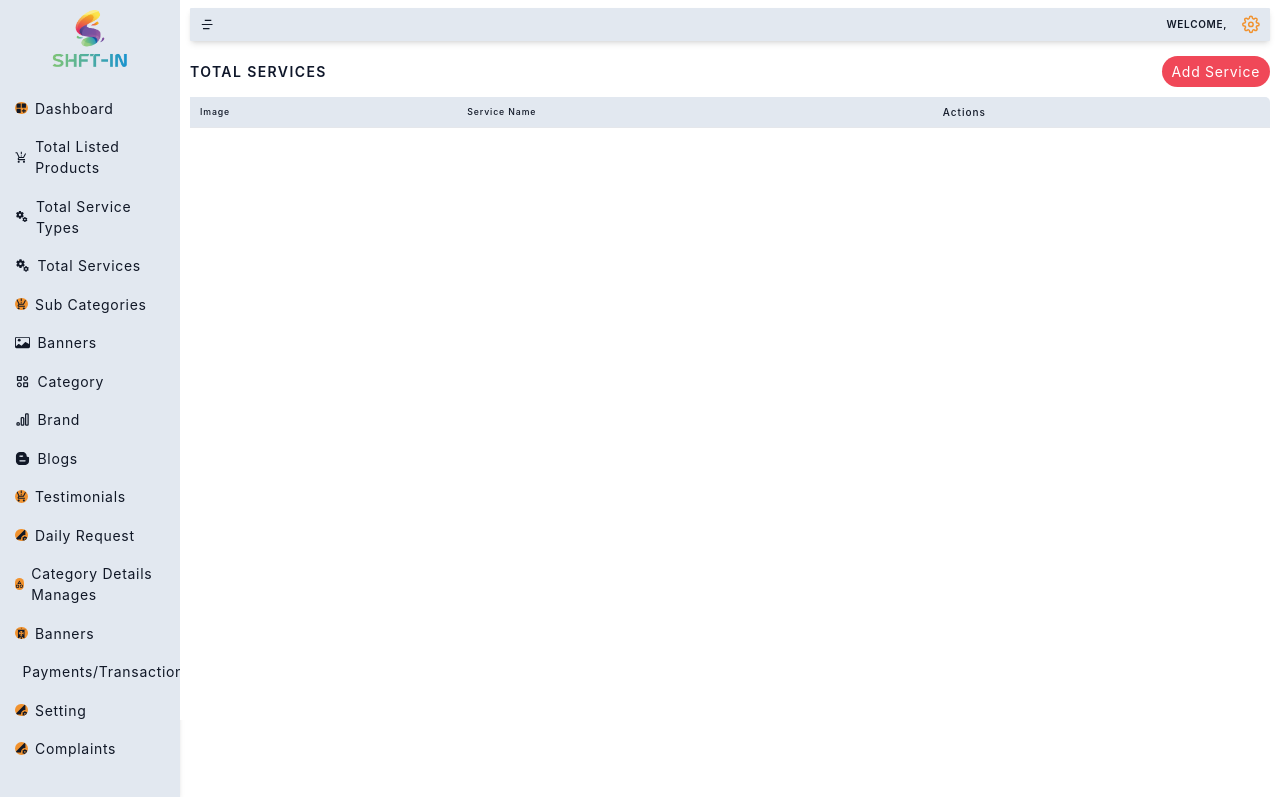
Repository: rohit0915/Mr-Arun-Chauhan-Admin-Panel
Page: /services
The author's editor kept a copy of each file at every save. The page is drawn from the files as they stood at one save, then again after the next save.
The browser window is 1280 px wide. The pictures show the whole page.
The page's requests for data from a server got no answer. The project was rebuilt for these pictures with package versions that can differ from the ones it lists, and the page was loaded fresh each time. No one was signed in, and anything a server would have sent is missing. Also part of the build but not shown: src/components/BaseUrl.jsx, src/components/forms/Login.jsx, src/components/pages/Dashboard.jsx, src/vendorPanel/components/Auth.jsx, src/components/pages/products/Products.jsx, src/components/pages/categories/Categories.jsx, src/components/pages/subcategories/SubCategories.jsx, src/components/pages/manageprofiles/ManageProfiles.jsx and 74 more.

Above is the page before, as saved 2022-11-16 13:02:05.

### public/index.html
<!DOCTYPE html>
<html lang="en">
  <head>
    <meta charset="utf-8" />
    <!-- <link rel="icon" href="%PUBLIC_URL%/favicon.png" /> -->
    <meta name="viewport" content="width=device-width, initial-scale=1" />
    <meta name="theme-color" content="#000000" />
    <meta
      name="description"
      content="Web site created using create-react-app"
    />
    <link rel="apple-touch-icon" href="%PUBLIC_URL%/favicon.ico?v=2" />

    <link rel="manifest" crossorigin="use-credentials" href="%PUBLIC_URL%/manifest.json" />

    <title>Direct Admin</title>
      <link rel="stylesheet" href="https://maxcdn.bootstrapcdn.com/bootstrap/3.4.1/css/bootstrap.min.css">
      <script src="https://ajax.googleapis.com/ajax/libs/jquery/3.6.0/jquery.min.js"></script>
      <script src="https://maxcdn.bootstrapcdn.com/bootstrap/3.4.1/js/bootstrap.min.js"></script>
  </head>
  <body>
    <noscript>You need to enable JavaScript to run this app.</noscript>
    <div id="root"></div>
    <script src="https://code.jquery.com/jquery-3.6.0.min.js"></script>
  </body>
</html>

### src/index.js
import React from "react";
import ReactDOM from "react-dom/client";
import "./index.css";
import App from "./App";
import { BrowserRouter } from "react-router-dom";
import "react-responsive-carousel/lib/styles/carousel.min.css";

const root = ReactDOM.createRoot(document.getElementById("root"));
root.render(
  <React.StrictMode>
    <BrowserRouter>
      <App />
    </BrowserRouter>
  </React.StrictMode>
);

### src/index.css
@tailwind base;
@tailwind components;
@tailwind utilities;

body {
  margin: 0;
  font-family: -apple-system, BlinkMacSystemFont, "Segoe UI", "Roboto", "Oxygen",
    "Ubuntu", "Cantarell", "Fira Sans", "Droid Sans", "Helvetica Neue",
    sans-serif;
  -webkit-font-smoothing: antialiased;
  -moz-osx-font-smoothing: grayscale;
}

code {
  font-family: source-code-pro, Menlo, Monaco, Consolas, "Courier New",
    monospace;
}

/* Wcomponents */
.wcomp::-webkit-scrollbar {
  width: 0px;
}
::-webkit-scrollbar {
  width: 0px;
}


.main-card--container{
  display : grid ;
  grid-template-columns: repeat(3 , minmax(300px , 500px));
  grid-gap: 50px;
  justify-content: space-around;
}
.main-card--container2{
  display : grid ;
  grid-template-columns: repeat(2 , minmax(600px , 800px));
  grid-gap: 50px;
  justify-content: space-around;
}
.card-container{
  margin : 25px 0 auto ;
  position  : relative ;
  display: grid;
  grid-template-columns: 1fr;
  justify-content: space-around;
  align-items:flex-start;
  border: 1px solid black;
  padding: 10px;
  box-shadow: 0 4px 8px 0 rgba(0, 0, 0, 0.2), 0 6px 20px 0 rgba(0, 0, 0, 0.19);
  /* height: 400px; */


}

.BannerImg{
 width: 100%;
 height: 300px;

}

.brandLeft {
  width:  60%;
  /* border-right: 1px solid black; */
}

### src/components/layout/HOC.jsx
/** @format */

import React, { useState } from "react";
import Navbar from "./Navbar";
import Sidebar from "./Sidebar";

const HOC = (Wcomponenet) => {
  return function Component() {
    const [hamb, setHamb] = useState(false);
    return (
      <>
        <section className="flex overflow-x-hidden">
          {/* Sidebar */}
          <div
            className={
              hamb
                ? " absolute top-0 z-30 md:w-auto shadow-md bg-slate-200  w-60 transition-all md:-left-full left duration-150  h-auto  left-0 "
                : " md:w-72 z-30 bg-slate-200  shadow-md  md:static absolute top-0 -left-full  h-auto transition-all duration-150 "
            }
          >
            <Sidebar hamb={hamb} setHamb={setHamb} />
          </div>
          {/* Components & Navbar */}
          <div
            className={
              hamb
                ? " transition-all px-4 py-2  bg-white duration-150 w-full h-screen"
                : " w-full h-screen  px-4 py-2  bg-white z-50 transition-all duration-150 "
            }
          >
            <Navbar hamb={hamb} setHamb={setHamb} />
            <div className="my-6 text-white h-[87%] wcomp overflow-y-auto">
              <Wcomponenet />
            </div>
          </div>
        </section>
      </>
    );
  };
};

export default HOC;

### src/components/layout/Navbar.jsx
import { RiMenu4Line } from "react-icons/ri";
import { BiLogOutCircle } from "react-icons/bi";
import { useNavigate } from "react-router-dom";
import { toast } from "react-toastify";
import { Fragment } from "react";
import { Menu, Transition } from "@headlessui/react";
import { FiSettings } from "react-icons/fi";
import { IoMdClose } from "react-icons/io";
import { useState } from "react";

const Navbar = ({ hamb, setHamb }) => {
  const navigate = useNavigate();
  const [popup, setPopup] = useState(false);

  const func = () => {
    localStorage.removeItem("Shaft");
    navigate("/");
    toast.success("Log-Out ");
  };

  function classNames(...classes) {
    return classes.filter(Boolean).join(" ");
  }

  const adminName = localStorage.getItem("adminName");
  return (
    <>
      <section
        className={
          popup
            ? "fixed top-0 left-0 wcomp bg-[rgb(0,0,0,0.5)] transition-all duration-150 w-full flex justify-center items-center overflow-y-auto  h-screen "
            : "hidden"
        }
      >
        <div className="bg-slate-100 sm:h-[40vh] h-[10vh] overflow-y-auto  lg:w-3/6  md:w-4/6 w-5/6 mx-auto  rounded-lg">
          <div className="flex sticky top-0 py-3 px-5 bg-slate-100 justify-between">
            <span className=" font-semibold text-[rgb(241,146,46)] relative">
              Settings
            </span>
            <div className="text-[rgb(241,146,46)] py-0.5 text-2xl cursor-pointer font-medium tracking-wider">
              <IoMdClose
                onClick={() => {
                  setPopup(false);
                }}
              />{" "}
            </div>
          </div>

          <form
            className="grid  grid-cols-1 gap-x-7 gap-y-4 p-4"
            // onSubmit={addBanner}
          >
            <div className="inline-flex  w-full flex-col">
              <label
                htmlFor="name"
                className="text-gray-800 mb-1.5 tracking-wider font-semibold text-sm"
              >
                Name
              </label>
              <input
                id="name"
                required
                type="text"
                name="name"
                // value={name}
                // onChange={(e) => setName(e.target.value)}
                placeholder=""
                className=" text-gray-800 tracking-wider text-sm rounded-full py-1 px-2 outline-[rgb(241,146,46)]"
              />
            </div>
            <div className="inline-flex  w-full flex-col">
              <label
                htmlFor="name"
                className="text-gray-800 mb-1.5 tracking-wider font-semibold text-sm"
              >
                Password
              </label>
               <input
                id="name"
                required
                type="password"
                name="name"
                placeholder=""
                // onChange={(e) => setImage(e.target.files[0])}
                // onChange={() => {}}
                className=" text-gray-800 tracking-wider text-sm rounded-full py-1 px-2 outline-[rgb(241,146,46)]"
              />
            </div>

            <button
              type="submit"
              value="Add"
              className="bg-[rgb(241,146,46)] cursor-pointer w-40 hover:bg-[rgb(241,146,46)] py-1 rounded-full"
            >
              Add{" "}
            </button>
          </form>
        </div>
      </section>
      <div
        className={
          hamb
            ? "flex  w-full justify-between  my-1 rounded-sm  p-4 py-3 shadow-md items-center  bg-slate-200 space-x-4"
            : "flex  w-full justify-between my-1 rounded-sm  p-4 py-3 shadow-md items-center  bg-slate-200 space-x-4"
        }
      >
        <RiMenu4Line
          onClick={() => setHamb(!hamb)}
          className="text-2xl font-bold text-gray-900 hover:scale-90 cursor-pointer"
        />

        {/* Profile */}
        <section className="flex sm:ml-auto justify-end sm:w-full items-center space-x-2  pr-2">
          <figcaption className="tracking-wider pl-1 font-semibold">
            <div className="lg:text-base text-sm text-gray-900  uppercase">
              Welcome,<strong>{adminName}</strong>
            </div>
          </figcaption>
        </section>

        {/* Logout Btn */}
        <FiSettings
          onClick={() => setPopup(!popup)}
          className="text-2xl sm:text-3xl font-bold text-[rgb(241,146,46)] cursor-pointer"
        />
      </div>
    </>
  );
};

export default Navbar;

### src/components/layout/Sidebar.jsx
import React from "react";
import { RiCloseLine } from "react-icons/ri";
import { MdPermDataSetting } from "react-icons/md";
import { Link } from "react-router-dom";
import { BsCardImage  } from "react-icons/bs";
import { CgTerminal } from "react-icons/cg";
import { MdPrivacyTip, MdOutlineInfo } from "react-icons/md";
import { BiSupport, BiUser, BiRestaurant, BiCategoryAlt } from "react-icons/bi";
import { TbJewishStar } from "react-icons/tb";
import { GiKnightBanner } from "react-icons/gi";
import image from "../../../src/components/Assets/Logo.png";
import { BiLogOutCircle, BiPaperclip, BiMoney } from "react-icons/bi";
import { AiFillProfile } from "react-icons/ai";
import {TbBrandGoogleAnalytics} from 'react-icons/tb'
import {FaBloggerB} from 'react-icons/fa'

import {
  MdDashboardCustomize,
  MdOutlineProductionQuantityLimits,
  MdOutlineCategory,
  MdMiscellaneousServices,
  MdHistory,
} from "react-icons/md";

const Sidebar = ({ hamb, setHamb }) => {
  const nav = [

    // {
    //   icon: (
    //     <BiUser className="text-xl mr-3 rounded-full bg-[rgb(241,146,46)]" />
    //   ),
    //   link: "/manage-profiles ",
    //   name: "Manage Profiles",
    // },
    {
      icon: (
        <MdDashboardCustomize className="text-xl mr-3 rounded-full bg-[rgb(241,146,46)]" />
      ),
      link: "/dashboard",
      name: "Dashboard",
    },
    // {
    //   icon: (
    //     <MdDashboardCustomize className="text-xl mr-3 rounded-full bg-[rgb(241,146,46)]" />
    //   ),
    //   link: "/upload",
    //   name: "Upload Services",
    // },
    // {
    //   icon: (
    //     <MdDashboardCustomize className="text-xl mr-3 rounded-full bg-[rgb(241,146,46)]" />
    //   ),
    //   link: "/accept-request-from-vendors",
    //   name: "Accept Request From Vendors",
    // },

    {
      icon: (
        <MdOutlineProductionQuantityLimits className="text-2xl mr-3 " />
      ),
      link: "/products",
      name: " Total Listed Products",
    },
    {
      icon: (
        <MdMiscellaneousServices  className="text-2xl mr-3 " />
      ),
      link: "/total-services",
      name: " Total Service Types",
    },
    {
      icon: (
        <MdMiscellaneousServices  className="text-2xl mr-3 " />
      ),
      link: "/services",
      name: " Total Services",
    },
    {
      icon: (
        <MdOutlineProductionQuantityLimits className="text-xl mr-3 rounded-full bg-[rgb(241,146,46)]" />
      ),
      link: "/sub-categories",
      name: " Sub Categories",
    },
    {
      icon: (
        <BsCardImage className="text-2xl mr-3  " />
      ),
      link: "/gallary",
      name: "Banners",
    },
    {
      icon: (
        <BiCategoryAlt className="text-2xl mr-3  " />
      ),
      link: "/cat",
      name: "Category",
    },
    {
      icon: (
        <TbBrandGoogleAnalytics className="text-2xl mr-3  " />
      ),
      link: "/brand",
      name: "Brand",
    },
    {
      icon: (
        <FaBloggerB className="text-2xl mr-3  " />
      ),
      link: "/blog",
      name: "Blogs",
    },
    {
      icon: (
        <MdOutlineProductionQuantityLimits className="text-xl mr-3 rounded-full bg-[rgb(241,146,46)]" />
      ),
      link: "/testimonials",
      name: "Testimonials",
    },
    {
      icon: (
        <MdPermDataSetting className="text-xl mr-3 rounded-full bg-[rgb(241,146,46)]" />
      ),
      link: "/daily-request",
      name: "Daily Request",
    },
    {
      icon: (
        <MdOutlineCategory className="text-xl mr-3 rounded-full bg-[rgb(241,146,46)]" />
      ),
      link: "/categories",
      name: "Category Details Manages",
    },
    {
      icon: (
        <GiKnightBanner className="text-xl mr-3 rounded-full bg-[rgb(241,146,46)]" />
      ),
      link: "/banners",
      name: "Banners",
    },
    // {
    //   icon: (
    //     <BsBorderWidth className="text-xl mr-3 rounded-full bg-[rgb(241,146,46)]" />
    //   ),
    //   link: "/orders",
    //   name: "Orders",
    // },
    // {
    //   icon: (
    //     <CgTerminal className="text-xl mr-3 rounded-full bg-[rgb(241,146,46)]" />
    //   ),
    //   link: "/terms",
    //   name: "Terms and Conditions",
    // },

    // {
    //   icon: (
    //     <MdPrivacyTip className="text-xl mr-3 rounded-full bg-[rgb(241,146,46)]" />
    //   ),
    //   link: "/privacyPolicy",
    //   name: "Privacy Policy",
    // },
    // {
    //   icon: (
    //     <BiSupport className="text-xl mr-3 rounded-full bg-[rgb(241,146,46)]" />
    //   ),
    //   link: "/support",
    //   name: "Help and Support ",
    // },
    // {
    //   icon: (
    //     <BiSupport className="text-xl mr-3 rounded-full bg-[rgb(241,146,46)]" />
    //   ),
    //   link: "/vendors",
    //   name: "Vendor manages system ",
    // },
    // {
    //   icon: (
    //     <BiPaperclip className="text-xl mr-3 rounded-full bg-[rgb(241,146,46)]" />
    //   ),
    //   link: "/coupons",
    //   name: "Coupons",
    // },
    // {
    //   icon: (
    //     <BiMoney className="text-xl mr-3 rounded-full bg-[rgb(241,146,46)]" />
    //   ),
    //   link: "/vendors",
    //   name: "Commission List",
    // },
    {
      icon: (
        <BiMoney className="text-xl mr-3 rounded-full bg-[rgb(241,146,46)]" />
      ),
      link: "/payments",
      name: "Payments/Transactions ",
    },
    {
      icon: (
        <MdPermDataSetting className="text-xl mr-3 rounded-full bg-[rgb(241,146,46)]" />
      ),
      link: "/setting",
      name: "Setting",
    },
    {
      icon: (
        <MdPermDataSetting className="text-xl mr-3 rounded-full bg-[rgb(241,146,46)]" />
      ),
      link: "/complaints",
      name: "Complaints",
    },
    // {
    //   icon: (
    //     <MdOutlineInfo className="text-xl mr-3 rounded-full bg-[rgb(241,146,46)]" />
    //   ),
    //   link: "/about-us",
    //   name: "About Us",
    // },
    // {
    //   icon: (
    //     <BiLogOutCircle className="text-xl mr-3 rounded-full bg-[rgb(241,146,46)]" />
    //   ),
    //   link: "/",
    //   name: "Logout",
    // },
  ];
  return (
    <>
      <aside className="p-4">
        {/* Top */}
        <div className="w-full md:hidden relative  p-2 mb-4">
          <RiCloseLine
            onClick={() => setHamb(!hamb)}
            className="text-3xl  absolute top-2 sm:hover:rotate-[228deg] transition-transform font-bold right-2 sm:hover:text-[22px] text-[rgb(241,146,46)] cursor-pointer"
          />
        </div>
        {/* Logo */}
        <figure className="flex  flex-col items-center">
          <span className="font-bold text-[rgb(241,146,46)]">
            <img src={image} className="h-24" />
          </span>
        </figure>
        {/* Nav-menu */}
        <nav className="py-6">
          {nav.map((nav) => {
            return (
              <Link to={nav.link} key={nav.name} className="">
                <span className="flex my-3 items-center cursor-pointer text-gray-900    tracking-wider p-2 rounded-sm">
                  {nav.icon} {nav.name}
                </span>
              </Link>
            );
          })}
        </nav>
      </aside>
    </>
  );
};

export default Sidebar;

Loaded but not shown: tailwind.config.js (common file); src/App.js (210 lines, source omitted); src/components/pages/Services/Service.js (289 lines, source omitted)

After the next save:
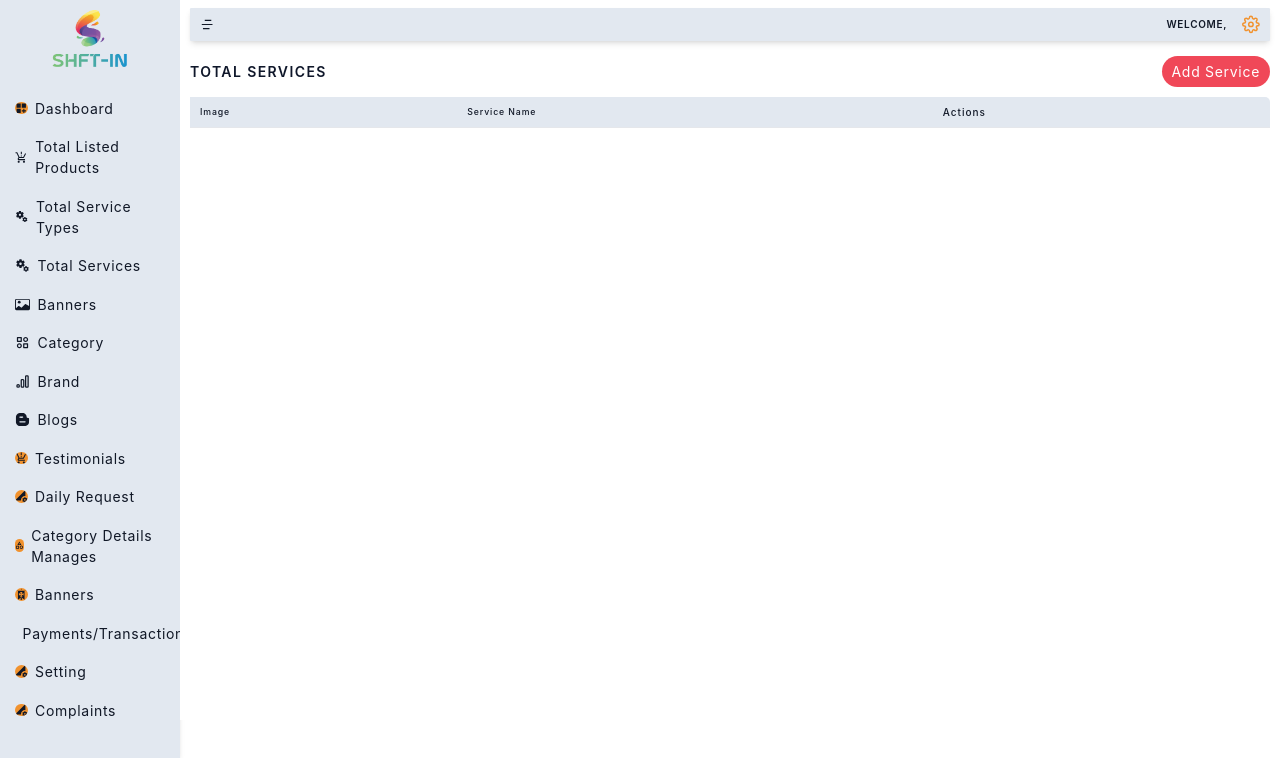
Saved 10 s later.
--- a/src/components/layout/Sidebar.jsx
+++ b/src/components/layout/Sidebar.jsx
@@ -75,13 +75,13 @@ const Sidebar = ({ hamb, setHamb }) => {
       link: "/services",
       name: " Total Services",
     },
-    {
-      icon: (
-        <MdOutlineProductionQuantityLimits className="text-xl mr-3 rounded-full bg-[rgb(241,146,46)]" />
-      ),
-      link: "/sub-categories",
-      name: " Sub Categories",
-    },
+    // {
+    //   icon: (
+    //     <MdOutlineProductionQuantityLimits className="text-xl mr-3 rounded-full bg-[rgb(241,146,46)]" />
+    //   ),
+    //   link: "/sub-categories",
+    //   name: " Sub Categories",
+    // },
     {
       icon: (
         <BsCardImage className="text-2xl mr-3  " />
